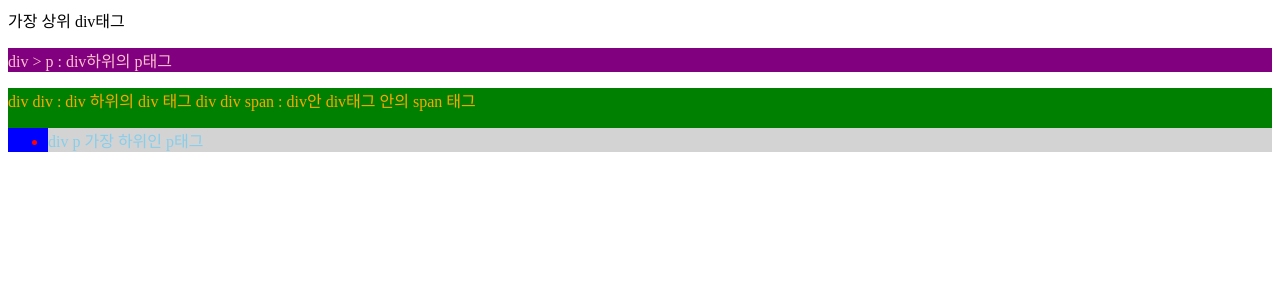
Repository: pvntlc/D-IT-Tech-Internship
Page: work_java/HTMLProject/src/main/webapp/DAY2/05.선택자고급/1-6.selector5.html
These files come from the project's save history. The page is drawn as it stood at one moment and after the next save; the edit follows.
The browser window is 1280 px wide. The pictures show the whole page.

Above is the page before, as saved 2023-09-08 03:45:05.

After the next save:
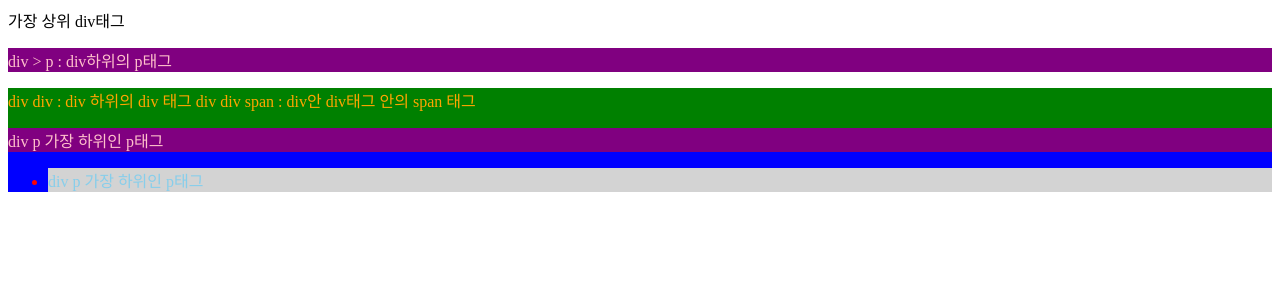
Saved 65 min 40 s later.
--- a/work_java/HTMLProject/src/main/webapp/DAY2/05.선택자고급/1-6.selector5.html
+++ b/work_java/HTMLProject/src/main/webapp/DAY2/05.선택자고급/1-6.selector5.html
@@ -31,6 +31,7 @@
       div div : div 하위의 div 태그
       <span> div div span : div안 div태그 안의 span 태그
         <div>
+			<p>div p 가장 하위인 p태그</p>
           <ul>
             <li><p>div p 가장 하위인 p태그</p></li>
           </ul>
